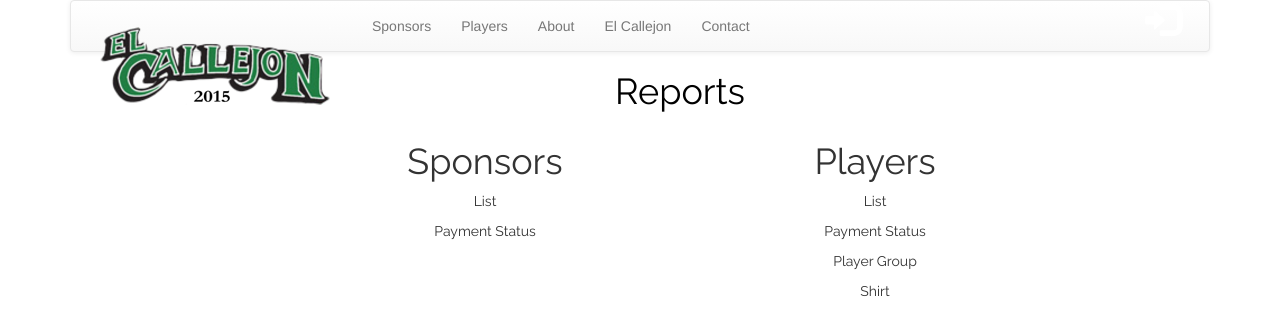
Repository: rojour/callejongolf
Page: register/templates/home/management.html
The author's editor kept a record of every edit. The page is drawn from the files as they stood at one moment, then again after the next edit.
The browser window is 1280 px wide. The pictures show the whole page.
Some web libraries are served in a nearby version. The template is drawn by Django 2.2. The application's start-up code is not run. The template is opened directly, without the code that normally fills it, so the values that code supplies are empty.

Above is the page before.
Console error: TypeError: Cannot set properties of null (setting 'innerHTML')

After the next edit:
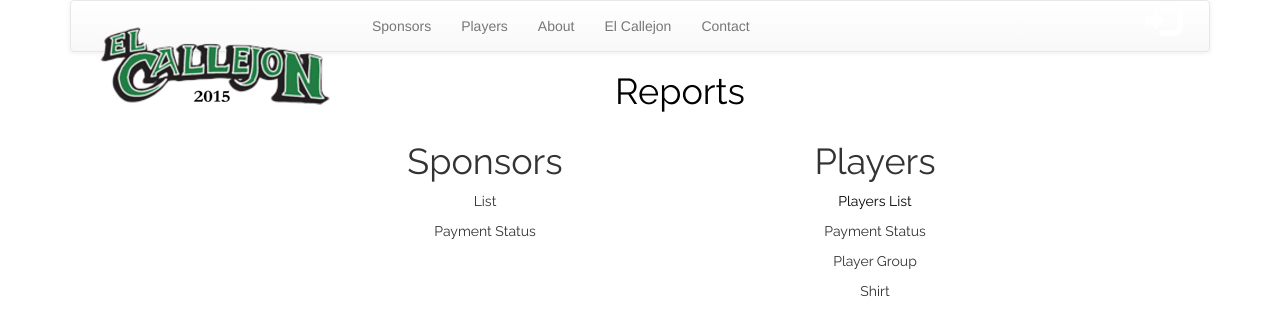
The edit:
--- a/register/templates/home/management.html
+++ b/register/templates/home/management.html
@@ -13,7 +13,7 @@
    </div>
    <div class="col-md-4">
       <h1>Players</h1>
-      <p>List</p>
+      <p><a href="{% url 'register.views.players_list' %}">Players List</a></p>
       <p>Payment Status</p>
       <p>Player Group</p>
       <p>Shirt</p>
